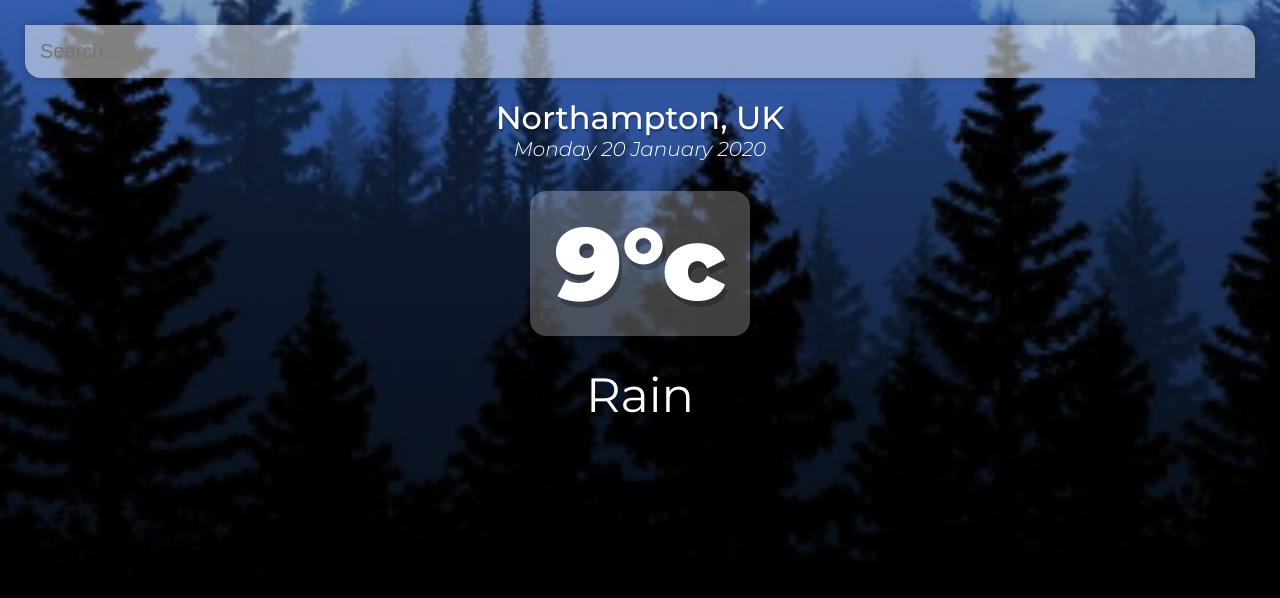
Repository: AbApin/vue-simple-weather-app
Page: /
The author's editor kept a copy of each file at every save. The page is drawn from the files as they stood at one save, then again after a run of saves.
The browser window is 1280 px wide. The pictures show the whole page.
The project was rebuilt for these pictures with package versions that can differ from the ones it lists, and the page was loaded fresh each time. Also part of the build but not shown: vue.config.js.

Above is the page before, as saved 2022-11-24 12:24:16.

### public/index.html
<!DOCTYPE html>
<html lang="">
  <head>
    <meta charset="utf-8">
    <meta http-equiv="X-UA-Compatible" content="IE=edge">
    <meta name="viewport" content="width=device-width,initial-scale=1.0">
    <link rel="icon" href="<%= BASE_URL %>favicon.ico">
    <title><%= htmlWebpackPlugin.options.title %></title>
    <link href="https://fonts.googleapis.com/css?family=Montserrat:100,200,300,regular,500,600,700,800,900,100italic,200italic,300italic,italic,500italic,600italic,700italic,800italic,900italic" rel="stylesheet" />
  </head>
  <body>
    <noscript>
      <strong>We're sorry but <%= htmlWebpackPlugin.options.title %> doesn't work properly without JavaScript enabled. Please enable it to continue.</strong>
    </noscript>
    <div id="app"></div>
    <!-- built files will be auto injected -->
  </body>
</html>

### src/App.vue
<template>
  <div id="app">
    <main>
      <div class="search-box">
        <input type="text" class="search-bar" placeholder="Search..." />
      </div>

      <div class="weather-wrap">
        <div class="location-box">
          <h3 class="location">Northampton, UK</h3>
          <p class="date">Monday 20 January 2020</p>
        </div>
      </div>

      <div class="weather-box">
        <p class="temp">9°c</p>
        <p class="weather">Rain</p>
      </div>
    </main>
  </div>
</template>

<script>
export default {
  name: 'App',
};
</script>

<style>
* {
  margin: 0;
  padding: 0;
  box-sizing: border-box;
}
body {
  font-family: 'Montserrat', sans-serif;
}
#app {
  background-image: url('./assets/cold-bg.jpg');
  background-size: cover;
  background-position: bottom;
  transition: 0.4s;
}
main {
  min-height: 100vh;
  padding: 25px;
  background: linear-gradient(to bottom, rgba(0, 0, 0, 0.25), rgba(0, 0, 0, 0.75));
}
.search-box .search-bar {
  display: block;
  width: 100%;
  padding: 15px;
  color: #313131;
  font-size: 20px;
  border: none;
  outline: none;
  appearance: none;
  background: none;
  box-shadow: 0 0 8px rgba(0, 0, 0, 0.25);
  background-color: rgba(255, 255, 255, 0.5);
  border-radius: 0 16px 0 16px;
}
.search-box .search-bar:focus {
  box-shadow: 0 0 16px rgba(0, 0, 0, 0.25);
  background-color: rgba(255, 255, 255, 0.75);
  border-radius: 16px 0 16px 0;
}

.location-box .location {
  color: #fff;
  font-size: 32px;
  font-weight: 500;
  text-align: center;
  text-shadow: 1px 3px rgba(0, 0, 0, 0.25);
}
.location-box .date {
  color: #fff;
  font-size: 20px;
  font-weight: 300;
  font-style: italic;
  text-align: center;
}
.weather-wrap {
  margin-top: 20px;
}
.weather-box {
  text-align: center;
}
.weather-box .temp {
  display: inline-block;
  padding: 10px 25px;
  color: #fff;
  font-size: 102px;
  font-weight: 900;

  text-shadow: 3px 6px rgba(0, 0, 0, 0.25);
  background-color: rgba(255, 255, 255, 0.25);
  border-radius: 16px;
  margin: 30px 0;

  box-shadow: 3px 6px rgba(0, 0, 0, 0.25);
}
.weather-box .weather{
  color: #fff;
  font-size: 48px;
  fw
}
</style>

Loaded but not shown: src/main.js (common file)

After the next 5 saves:
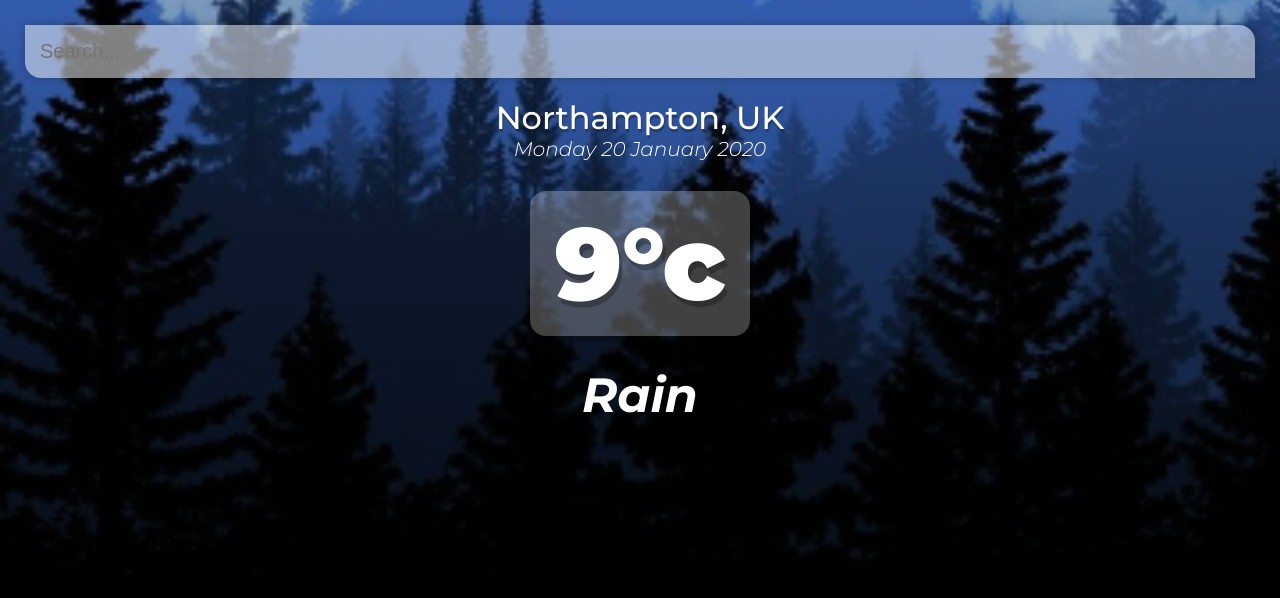
The 5 saves are shown as one change because they came seconds apart.
The last was saved 13 s later.
--- a/src/App.vue
+++ b/src/App.vue
@@ -103,6 +103,8 @@ main {
 .weather-box .weather{
   color: #fff;
   font-size: 48px;
-  fw
+  font-weight: 700;
+  font-style: italic;
+  text-shadow: ;
 }
 </style>
